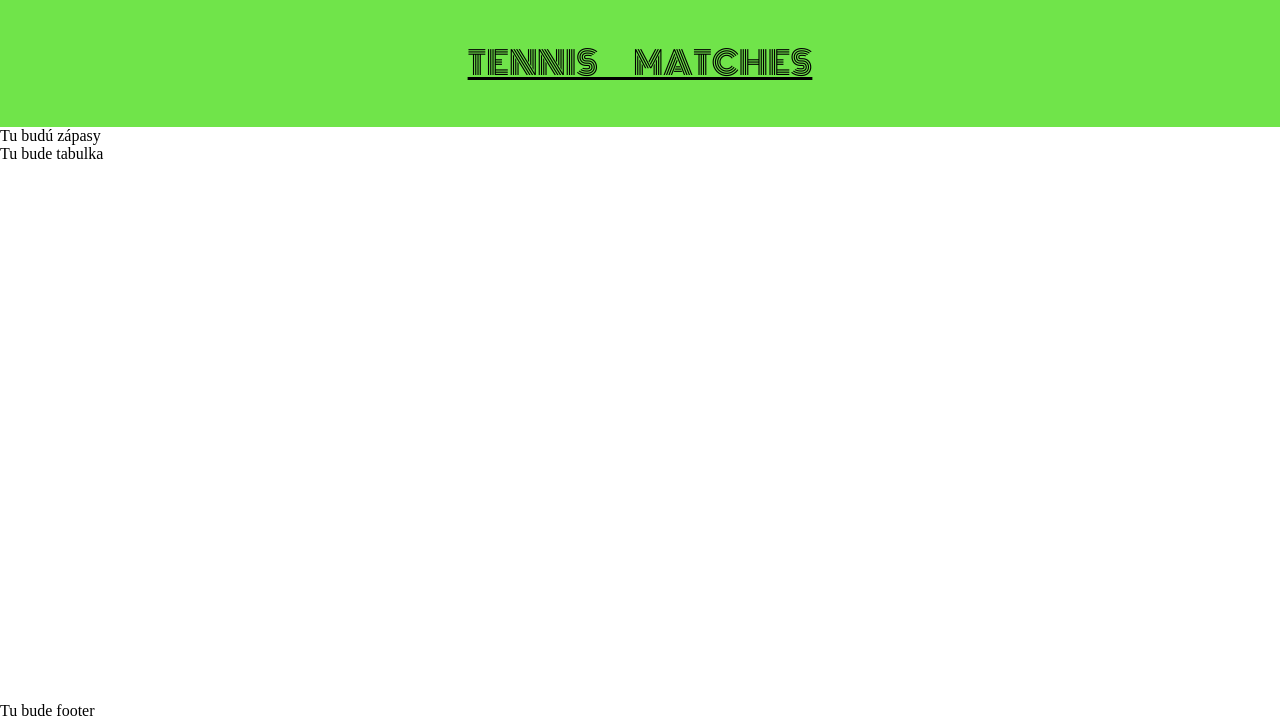
Repository: Badynko/tenis-app
Page: /
The author's editor kept a copy of each file at every save. The page is drawn from the files as they stood at one save, then again after the next save.
The browser window is 1280 px wide. The pictures show the whole page.
The project was rebuilt for these pictures with package versions that can differ from the ones it lists, and the page was loaded fresh each time.

Above is the page before, as saved 2024-07-10 15:25:49.

After the next save:
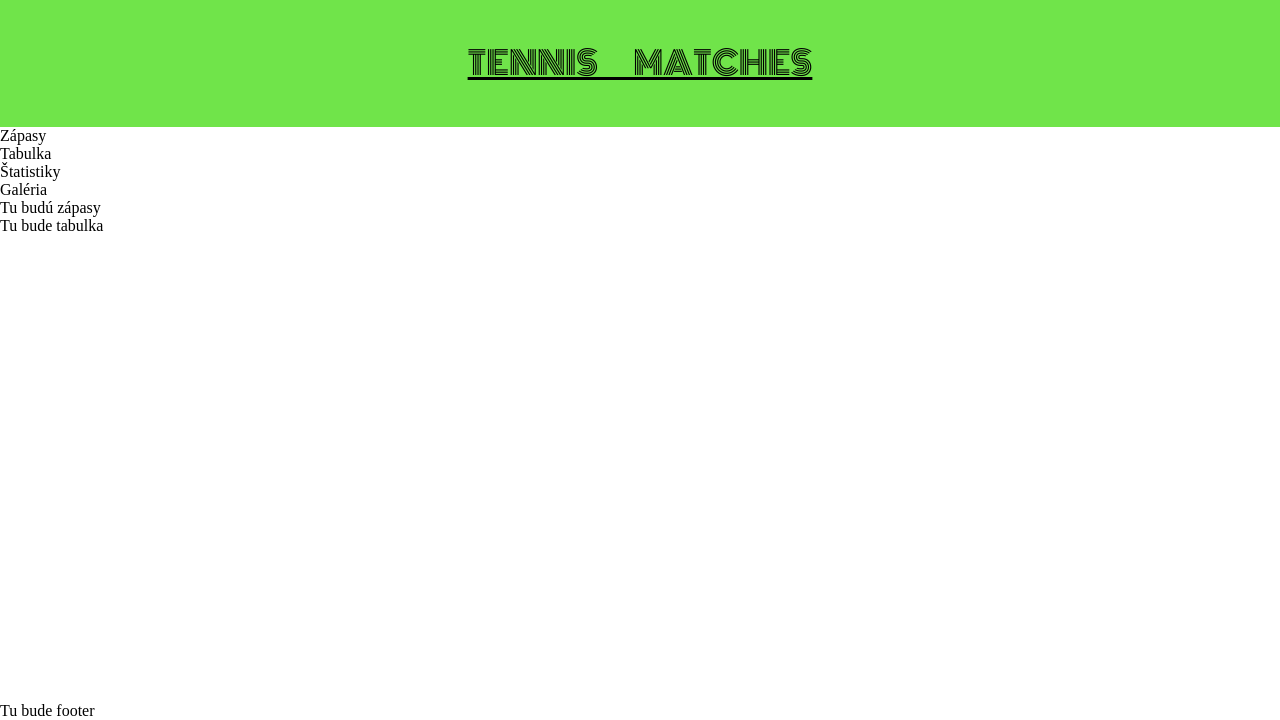
Saved 100 s later.
--- a/src/App.js
+++ b/src/App.js
@@ -10,7 +10,19 @@ export default function App() {
 }
 
 function Header() {
-  return <h1>Tennis Matches</h1>;
+  return (
+    <div>
+      <h1>Tennis Matches</h1>
+      <nav>
+        <ul>
+          <li>Zápasy</li>
+          <li>Tabulka</li>
+          <li>Štatistiky</li>
+          <li>Galéria</li>
+        </ul>
+      </nav>
+    </div>
+  );
 }
 
 function Matches() {
